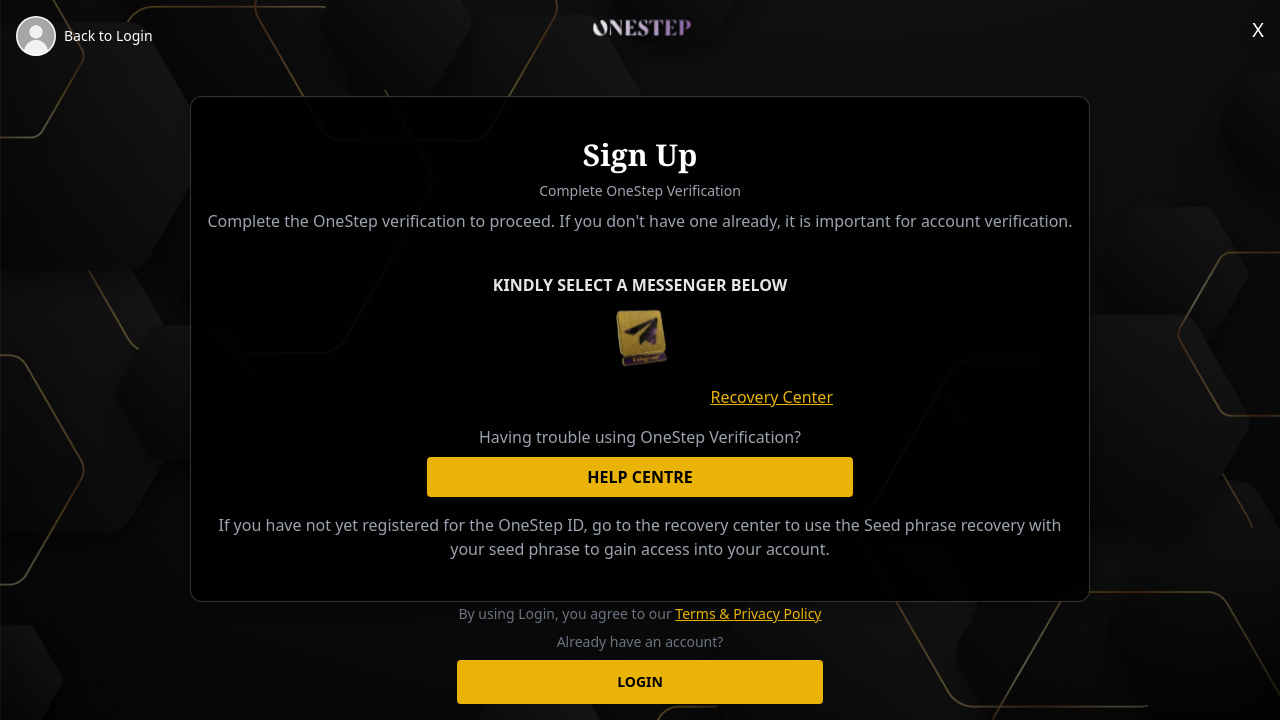
Repository: gloriousnetworker/onestep-authentication-system
Page: /sign-up
The author's editor kept a copy of each file at every save. The page is drawn from the files as they stood at one save, then again after the next save.
The browser window is 1280 px wide. The pictures show the whole page.
The project was rebuilt for these pictures with package versions that can differ from the ones it lists, and the page was loaded fresh each time. Also part of the build but not shown: vite.config.js, src/pages/LoginPage.jsx, src/pages/GrantAccess.jsx, src/pages/OTPVerificationPage.jsx, src/pages/AccountCreationPage.jsx, src/pages/PasswordPage.jsx, src/pages/BiometricsPage.jsx, src/pages/KYCPage.jsx and 2 more.

Above is the page before, as saved 2025-01-16 15:21:36.

After the next save:
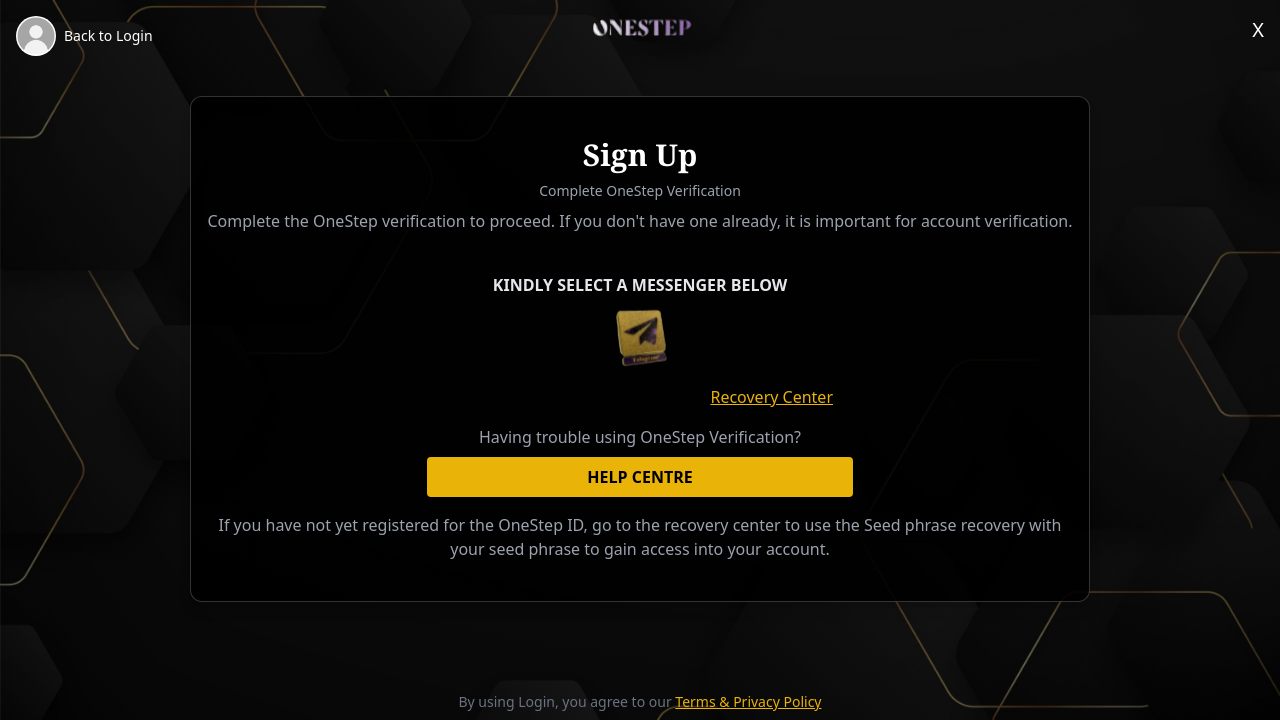
Saved 23 s later.
--- a/src/pages/SignupPage.jsx
+++ b/src/pages/SignupPage.jsx
@@ -93,13 +93,6 @@
         <p className="mb-2">
           By using Login, you agree to our <span className="text-yellow-500 underline cursor-pointer">Terms & Privacy Policy</span>
         </p>
-        <p className="mb-2">Already have an account?</p>
-        <button
-          className="bg-yellow-500 hover:bg-yellow-600 text-black font-semibold px-16 sm:px-40 py-3 mb-4 rounded w-auto"
-          onClick={() => navigate("/login")}
-        >
-          LOGIN
-        </button>
       </div>
     </div>
   );
